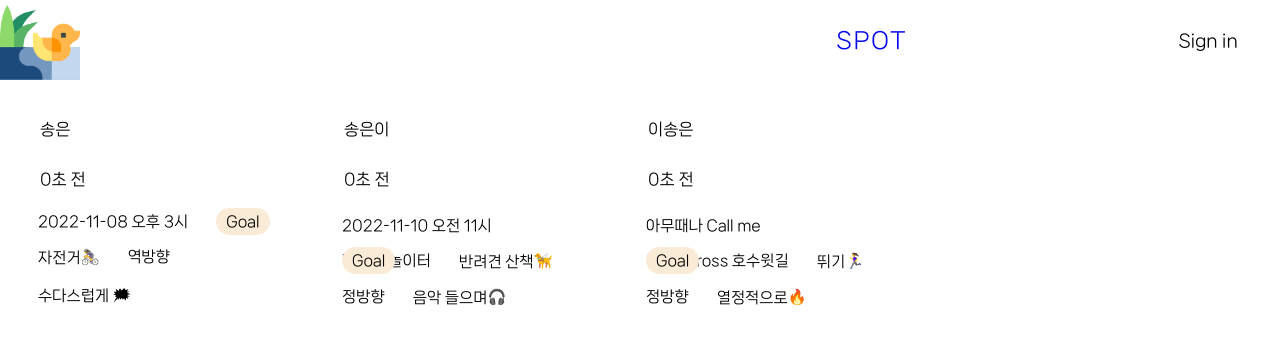
Repository: songeunleee/youngrangho
Page: /
These files come from the project's save history. The page is drawn as it stood at one moment and after a run of saves; the edit follows.
The browser window is 1280 px wide. The pictures show the whole page.
Some web libraries are served in a nearby version. The project was rebuilt for these pictures with package versions that can differ from the ones it lists, and the page was loaded fresh each time. Some packages were replaced by stand-ins written for this rebuild. Also part of the build but not shown: src/app.module.css, src/components/activity/activity.module.css, src/components/footer/footer.module.css, src/components/footer/footer.jsx, src/components/home/home.module.css, src/components/home/home.jsx, src/components/add_spot/add_spot.module.css, src/components/add_spot/add_spot.jsx and 6 more.

Above is the page before, as saved 2022-11-08 06:48:01.

### public/index.html
<!DOCTYPE html>
<html lang="en">
  <head>
    <meta charset="utf-8" />
    <script src="https://cdn.jsdelivr.net/npm/sweetalert2@10"></script>
    <script
      src="https://kit.fontawesome.com/7fb71a1d7b.js"
      crossorigin="anonymous"
    ></script>
    <link rel="icon" href="%PUBLIC_URL%/favicon.ico" />
    <meta name="viewport" content="width=device-width, initial-scale=1" />
    <meta name="theme-color" content="#000000" />
    <link rel="preconnect" href="https://fonts.googleapis.com" />
    <link rel="preconnect" href="https://fonts.gstatic.com" crossorigin />
    <link
      href="https://fonts.googleapis.com/css2?family=Noto+Sans+KR:wght@100;300;400&family=Noto+Serif+KR:wght@200;400&family=Varela+Round&display=swap"
      rel="stylesheet"
    />

    <meta
      name="description"
      content="Web site created using create-react-app"
    />
    <link rel="apple-touch-icon" href="%PUBLIC_URL%/logo192.png" />
    <!--
      manifest.json provides metadata used when your web app is installed on a
      user's mobile device or desktop. See https://developers.google.com/web/fundamentals/web-app-manifest/
    -->
    <link rel="manifest" href="%PUBLIC_URL%/manifest.json" />
    <!--
      Notice the use of %PUBLIC_URL% in the tags above.
      It will be replaced with the URL of the `public` folder during the build.
      Only files inside the `public` folder can be referenced from the HTML.

      Unlike "/favicon.ico" or "favicon.ico", "%PUBLIC_URL%/favicon.ico" will
      work correctly both with client-side routing and a non-root public URL.
      Learn how to configure a non-root public URL by running `npm run build`.
    -->
    <title>React App</title>
  </head>
  <body>
    <noscript>You need to enable JavaScript to run this app.</noscript>
    <div id="root"></div>
    <!--
      This HTML file is a template.
      If you open it directly in the browser, you will see an empty page.

      You can add webfonts, meta tags, or analytics to this file.
      The build step will place the bundled scripts into the <body> tag.

      To begin the development, run `npm start` or `yarn start`.
      To create a production bundle, use `npm run build` or `yarn build`.
    -->
  </body>
</html>

### src/index.js
import React from "react";
import ReactDOM from "react-dom/client";
import "./index.css";
import App from "./app";
import { firebaseApp } from "./service/firebase";
import AuthService from "./service/auth_service";
import FileUpload from "./service/file_upload";
import Repository from "./service/repositiry";

const repository = new Repository(firebaseApp);
const fileUpload = new FileUpload(firebaseApp);
const authService = new AuthService(firebaseApp);

const root = ReactDOM.createRoot(document.getElementById("root"));
root.render(
  <React.StrictMode>
    <App
      authService={authService}
      fileUpload={fileUpload}
      repository={repository}
    />
  </React.StrictMode>
);

### src/index.css
@font-face {
  font-family: "font1";
  src: url("../public/fonts/NanumSquareNeo-aLt.ttf") format("truetype");
  font-weight: normal;
}

@font-face {
  font-family: "font2";
  src: url("../public/fonts/NanumSquareNeo-bRg.ttf") format("truetype");
  font-weight: bold;
}

@font-face {
  font-family: "font3";
  src: url("../public/fonts/NanumSquareNeo-cBd.ttf") format("truetype");
  font-weight: bold;
}

@font-face {
  font-family: "font4";
  src: url("../public/fonts/NanumSquareNeo-eHv.ttf") format("truetype");
  font-weight: bold;
}
body {
  margin: 0;
  font-family: -apple-system, BlinkMacSystemFont, "Segoe UI", "Roboto", "Oxygen",
    "Ubuntu", "Cantarell", "Fira Sans", "Droid Sans", "Helvetica Neue",
    sans-serif;
  -webkit-font-smoothing: antialiased;
  -moz-osx-font-smoothing: grayscale;
  height: 100%;
}

code {
  font-family: source-code-pro, Menlo, Monaco, Consolas, "Courier New",
    monospace;
}
html {
}
#root {
  margin: 0;
  display: flex;
  flex-direction: column;
  height: 100%;
}

### src/app.jsx
import { useEffect, useState } from "react";
import { BrowserRouter, Route, Routes } from "react-router-dom";
import styles from "./app.module.css";
import Activity from "./components/activity/activity";
import Footer from "./components/footer/footer";
import Header from "./components/header/header";
import Home from "./components/home/home";
import Spot from "./components/spot/spot";

function App({ authService, fileUpload, repository }) {
  const [user, setUser] = useState(null);

  const getUser = (user) => {
    setUser(user);
  };

  useEffect(() => {
    authService.onAuthChange((user) => {
      if (user) {
        setUser(user);
      } else {
      }
    });
  }, [authService]);

  return (
    <>
      <BrowserRouter>
        <Header authService={authService} getUser={getUser} user={user} />
        <Routes>
          <Route
            path="/"
            element={<Activity authService={authService} user={user} />}
          />
          <Route
            path="/activity"
            element={<Activity authService={authService} user={user} />}
          />
          <Route
            path="/spot"
            element={
              <Spot
                authService={authService}
                user={user}
                fileUpload={fileUpload}
                repository={repository}
              />
            }
          />
        </Routes>
      </BrowserRouter>
    </>
  );
}

export default App;

### src/service/firebase.js
import { initializeApp } from "firebase/app";

const firebaseConfig = {
  apiKey: "AIzaSyA1QsOldBRNtAOG8_cfGoyHxB8PmdZT3xA",
  authDomain: "youngrangho-d9473.firebaseapp.com",
  projectId: "youngrangho-d9473",
  storageBucket: "youngrangho-d9473.appspot.com",
  messagingSenderId: "558891074778",
  appId: "1:558891074778:web:a513dfcb578ca1084111e3",
  measurementId: "G-VKW34V7D4J",
};

export const firebaseApp = initializeApp(firebaseConfig);

### src/service/auth_service.js
import {
  getAuth,
  signInWithPopup,
  GoogleAuthProvider,
  onAuthStateChanged,
} from "firebase/auth";
class AuthService {
  constructor() {
    this.auth = getAuth();
    this.provider = new GoogleAuthProvider();
  }
  signin() {
    return signInWithPopup(this.auth, this.provider);
  }

  signout() {
    const auth = getAuth();
    auth.signOut();
  }

  onAuthChange(onUserChanged) {
    const auth = getAuth();
    return onAuthStateChanged(auth, (user) => {
      onUserChanged(user);
    });
  }
}
export default AuthService;

### src/service/file_upload.js
import { getStorage, ref, uploadBytes, getDownloadURL } from "firebase/storage";

class FileUpload {
  constructor() {
    this.storage = getStorage();
  }

  async upload(file) {
    this.storageRef = ref(this.storage, `spot/${file.name}`);
    const img = await uploadBytes(this.storageRef, file);
    return getDownloadURL(ref(this.storage, img.ref.fullPath));
  }
}

export default FileUpload;

### src/service/repositiry.js
import {
  getDatabase,
  ref,
  set,
  remove,
  onValue,
  off,
  update,
} from "firebase/database";

class Repository {
  constructor() {
    this.db = getDatabase();
  }

  syncSpots(userId, onUpdate) {
    const query = ref(this.db, `spots`);
    onValue(query, (snapshot) => {
      const value = snapshot.val();
      value && onUpdate(value);
    });
    return () => off(query);
  }

  saveSpot(userId, spot) {
    set(ref(this.db, `spots/${spot.id}`), spot);
  }
  removeSpot(userId, spot) {
    const spotRef = ref(this.db, `spots/${spot.id}`);
    remove(spotRef);
  }
}
export default Repository;

### src/components/activity/activity.jsx
import { set } from "firebase/database";
import React from "react";
import { useState } from "react";
import { useEffect } from "react";
import { useLocation } from "react-router-dom";
import ActivityList from "../activity_list/activity_list";
import Header from "../header/header";
import styles from "./activity.module.css";

const Activity = ({ authService, user }) => {
  const [cards, setCards] = useState({
    1: {
      id: 1,
      author: "송은",
      createTime: Date.now(),
      appointment: "2022-11-08 오후 3시",
      mean: "자전거🚴‍♀️",
      course: "역방향",
      goal: "완주",
      mode: "수다스럽게 🗯",
    },
    2: {
      id: 2,
      author: "송은이",
      createTime: Date.now(),
      appointment: "2022-11-10 오전 11시",
      mean: "반려견 산책🦮",
      course: "정방향",
      goal: "반려견 놀이터",
      mode: "음악 들으며🎧",
    },
    3: {
      id: 3,
      author: "이송은",
      createTime: Date.now(),
      appointment: "아무때나 Call me",
      mean: "뛰기🏃‍♀️",
      course: "정방향",
      goal: "완주 across 호수윗길",
      mode: "열정적으로🔥",
    },
  });

  return <ActivityList cards={cards} />;
};
export default Activity;

### src/components/header/header.jsx
import React, { useEffect } from "react";
import { useState } from "react";
import { Link, useLocation } from "react-router-dom";
import styles from "./header.module.css";

const Header = ({ authService, getUser, user }) => {
  const location = useLocation().pathname;

  const isSpot = (location) => {
    return location === "/spot" ? true : false;
  };
  console.log(isSpot(location));
  const onSignin = () => {
    authService.signin().then((data) => getUser(data.user));
  };

  const onSignout = () => {
    authService.signout();
    getUser(null);
  };

  return (
    <header className={styles.header}>
      <Link
        className={`${styles.logolink} ${
          !isSpot(location) ? styles.activity : null
        } `}
        to={"/"}
      >
        <img className={styles.logo} src="./images/duck (1).png" alt="" />
      </Link>
      <Link
        className={`${styles.link} ${
          !isSpot(location) ? styles.activity : null
        }`}
        to={"/activity"}
      >
        ACTIVITY
      </Link>
      <Link
        className={`${styles.link} ${isSpot(location) ? styles.spot : null}`}
        to={"/spot"}
      >
        SPOT
      </Link>

      {user ? (
        <div className={styles.signIn}>
          <img className={styles.img} src={user.photoURL} alt="" />
          <p className={styles.name}>{user.displayName}</p>
          <button
            className={`${styles.button} ${styles.sign}`}
            onClick={onSignout}
          >
            Sign out
          </button>
        </div>
      ) : (
        <button className={`${styles.button}`} onClick={onSignin}>
          Sign in
        </button>
      )}
    </header>
  );
};

export default Header;

### src/components/activity_list/activity_list.jsx
import React from "react";
import ActivityItem from "../activity_item/activity_item";
import styles from "./activity_list.module.css";

const ActivityList = ({ cards, user }) => {
  return (
    <section className={styles.list}>
      {Object.keys(cards).map((key) => (
        <ActivityItem key={key} card={cards[key]} user={user} />
      ))}
    </section>
  );
};

export default ActivityList;

### src/components/header/header.module.css
@value mainBlue, mainLightBlue,sideBlue, textWhite from '../../common/colors.css';
@value mediaQuery from '../../common/size.css';

.header {
  display: flex;
  height: 5rem;
  align-items: center;
  position: relative;
}
.logolink {
  height: 100%;
}

.logolink.activity {
  background-color: white;
}
.logo {
  height: 100%;

  transition: all 150ms ease-in;
}

.logo:hover {
  background-color: mainBlue;
}
.link {
  height: 100%;
  display: flex;
  justify-content: center;
  align-items: center;
  flex: 0.8;
  text-decoration: none;
  color: mainBlue;
  font-size: 1.4rem;
  font-family: "font2";
  letter-spacing: 2px;
  font-weight: 500;
  text-align: center;
  transition: letter-spacing 150ms ease-in;
}

.link.spot {
  background-color: mainBlue;
  color: white;
}

.link.activity {
  background-color: mainBlue;
  color: white;
}

.signIn {
  flex: 0.4;
  display: flex;
  justify-content: center;
  align-items: center;
  padding-left: 0.5rem;
  padding-right: 0.5rem;
}

.img {
  border-radius: 50%;
  width: 50px;
  height: 50px;
}

.name {
  padding-left: 1rem;
  padding-right: 1rem;
  font-family: "font3";
  color: sideBlue;
}

.button.sign {
  flex: 0.6;
  width: 100%;
}

.button {
  font-size: 1.1rem;
  font-weight: 500;
  font-family: "font2";
  flex: 0.2;
  background: none;
  cursor: pointer;
  border: none;
  color: mainBlue;
  transition: letter-spacing 250ms ease-in;
}

.link:hover {
  letter-spacing: 0;
}

.button:hover {
  letter-spacing: 1px;
}

@media screen and (max-width: mediaQuery) {
  .name {
    display: none;
  }
  .img {
    display: none;
  }
  .logolink {
    display: none;
  }
}

### src/components/activity_item/activity_item.jsx
import React from "react";
import styles from "./activity_item.module.css";

const ActivityItem = ({ card }) => {
  const { id, author, createTime, appointment, mean, course, goal, mode } =
    card;

  const publishedAt = (publishedAt) => {
    const now = new Date();
    const time = new Date(publishedAt);

    const t = (now - time) / 1000;

    if (t < 60) return Math.floor(t) + "초 전";
    const tm = t / 60;
    if (tm < 60) return Math.floor(tm) + "분 전";
    const th = tm / 60;
    if (th < 24) return Math.floor(th) + "시간 전";
    const td = th / 24;
    if (td < 8) return Math.floor(td) + "일 전";
    const tw = td / 7;
    if (tw < 5) return Math.floor(tw) + "주 전";
    const tmon = td / 30;
    if (tw < 30) return Math.floor(tmon) + "달 전";
    const ty = td / 365;
    return Math.floor(ty) + "년 전";
  };

  return (
    <section className={styles.card}>
      <div className={styles.info}>
        <p className={styles.author}>{author}</p>
        <p className={styles.createTime}>{publishedAt(Date(createTime))}</p>
      </div>
      <div className={styles.contentBox}>
        <div className={styles.content}>
          {appointment && (
            <div className={`${styles.chip} ${styles.appointment}`}>
              {appointment}
              <i
                className={`fa-solid fa-circle-xmark ${styles.chipDelete}`}
              ></i>
            </div>
          )}

          {goal && (
            <div className={`${styles.chip} ${styles.goal}`}>
              <div className={styles.G}>Goal</div>
              {goal}
              <i
                className={`fa-solid fa-circle-xmark ${styles.chipDelete}`}
              ></i>
            </div>
          )}
          {mean && (
            <div className={`${styles.chip} ${styles.mean}`}>
              {mean}
              <i
                className={`fa-solid fa-circle-xmark ${styles.chipDelete}`}
              ></i>
            </div>
          )}
          {course && (
            <div className={`${styles.chip} ${styles.course}`}>
              {course}
              <i
                className={`fa-solid fa-circle-xmark ${styles.chipDelete}`}
              ></i>
            </div>
          )}
          {mode && (
            <div className={`${styles.chip} ${styles.mode}`}>
              {mode}
              <i
                className={`fa-solid fa-circle-xmark ${styles.chipDelete}`}
              ></i>
            </div>
          )}
        </div>
      </div>
    </section>
  );
};

export default ActivityItem;

### src/components/activity_list/activity_list.module.css
.list {
  display: flex;
  flex-wrap: wrap;
  margin-top: 0.5rem;
}

### src/components/activity_item/activity_item.module.css
@value mainBlue,mainLightBlue,sideBlue,textWhite from '../../common/colors.css';

* {
  font-family: font2;
}

.card {
  display: flex;
  flex-direction: column;
  border: 1px mainLightBlue solid;
  margin: 0.5rem 1rem;
  padding: 0.5rem 0.5rem;
  width: 20%;
  height: auto;
  border-radius: 18px;
}
.info {
}
.author {
  margin: 0;
  padding: 1rem;
}
.createTime {
  margin: 0.5rem;
  padding: 0.5rem;
  border-bottom: 1px dashed mainBlue;
}

.contentBox {
  display: flex;
  flex: 1;
  align-items: center;
}
.content {
  display: flex;
  flex-wrap: wrap;
}
.chip {
  height: max-content;
  font-size: 15px;
  flex-wrap: nowrap;
  background-color: mainLightBlue;
  width: fit-content;
  border-radius: 18px;
  padding: 5px 10px;
  margin: 0.25rem 0.25rem;
  display: flex;
  align-items: center;
  cursor: pointer;
  transition: transform 200ms ease-in;
}

.chip.appointment {
  background-color: mainBlue;
}

/* .chip.goal::before {
  content: "goal ";
  background-color: antiquewhite;
  border-radius: 18px;
} */

.G {
  background-color: antiquewhite;
  border-radius: 18px;
  padding: 5px 10px;
  position: absolute;
}

.chip:hover {
  transform: ;
}
.chipDelete {
  display: none;
  color: rgb(255, 255, 255);
  margin-left: 0.3rem;
  opacity: 0.9;
  border: none;
}

After the next 2 saves:
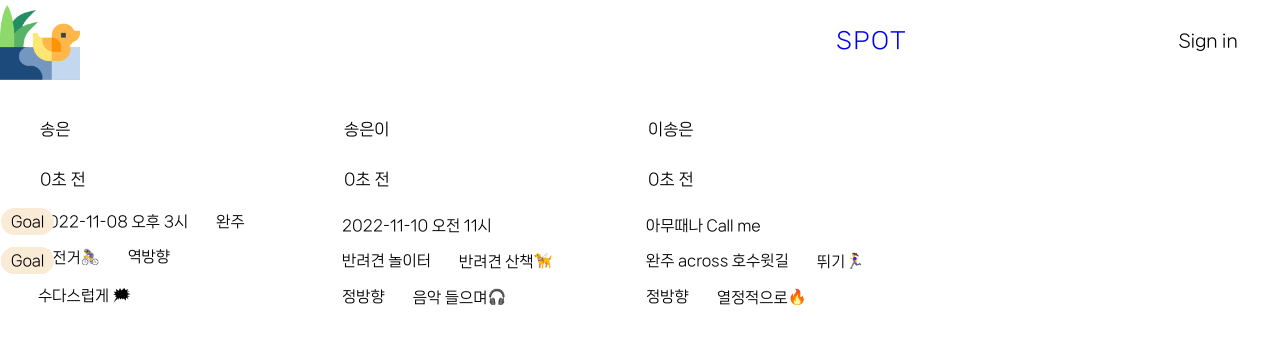
The 2 saves are shown as one change because they came seconds apart.
The last was saved 14 s later.
--- a/src/components/activity_item/activity_item.module.css
+++ b/src/components/activity_item/activity_item.module.css
@@ -64,6 +64,7 @@
   background-color: antiquewhite;
   border-radius: 18px;
   padding: 5px 10px;
+  left: 1px;
   position: absolute;
 }
 
